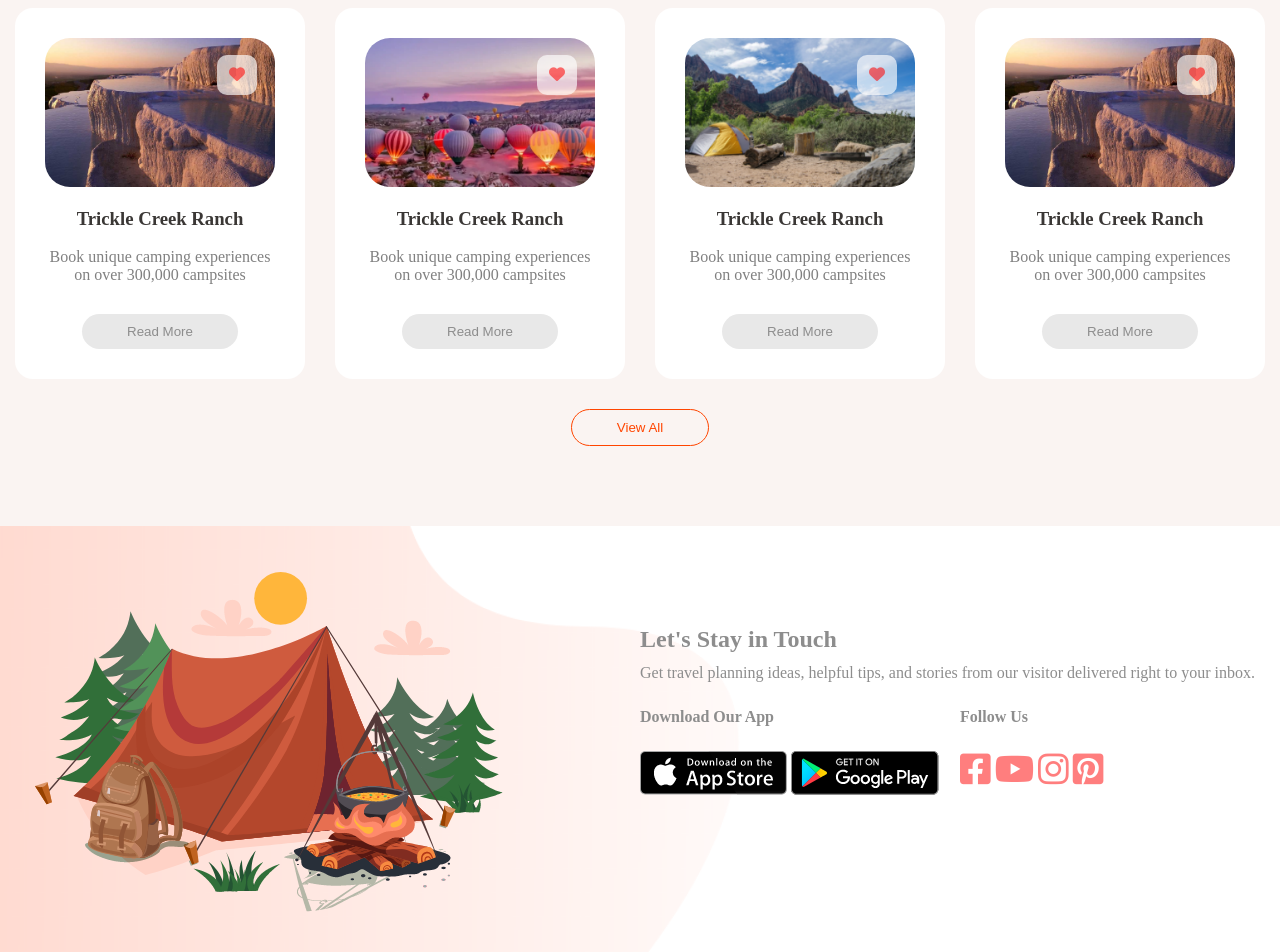
Repository: giahuy405/BC38_Camping_Pham_Gia_Huy
Page: index.html
An editor plug-in stored every save of this project. The page is shown before and after the next save, followed by the edit.
The browser window is 1280 px wide. The pictures show the part of the page from y = 909 to 1861 px (the page is 1861 px tall).

Above is the page before, as saved 2022-09-13 19:43:11.

After the next save:
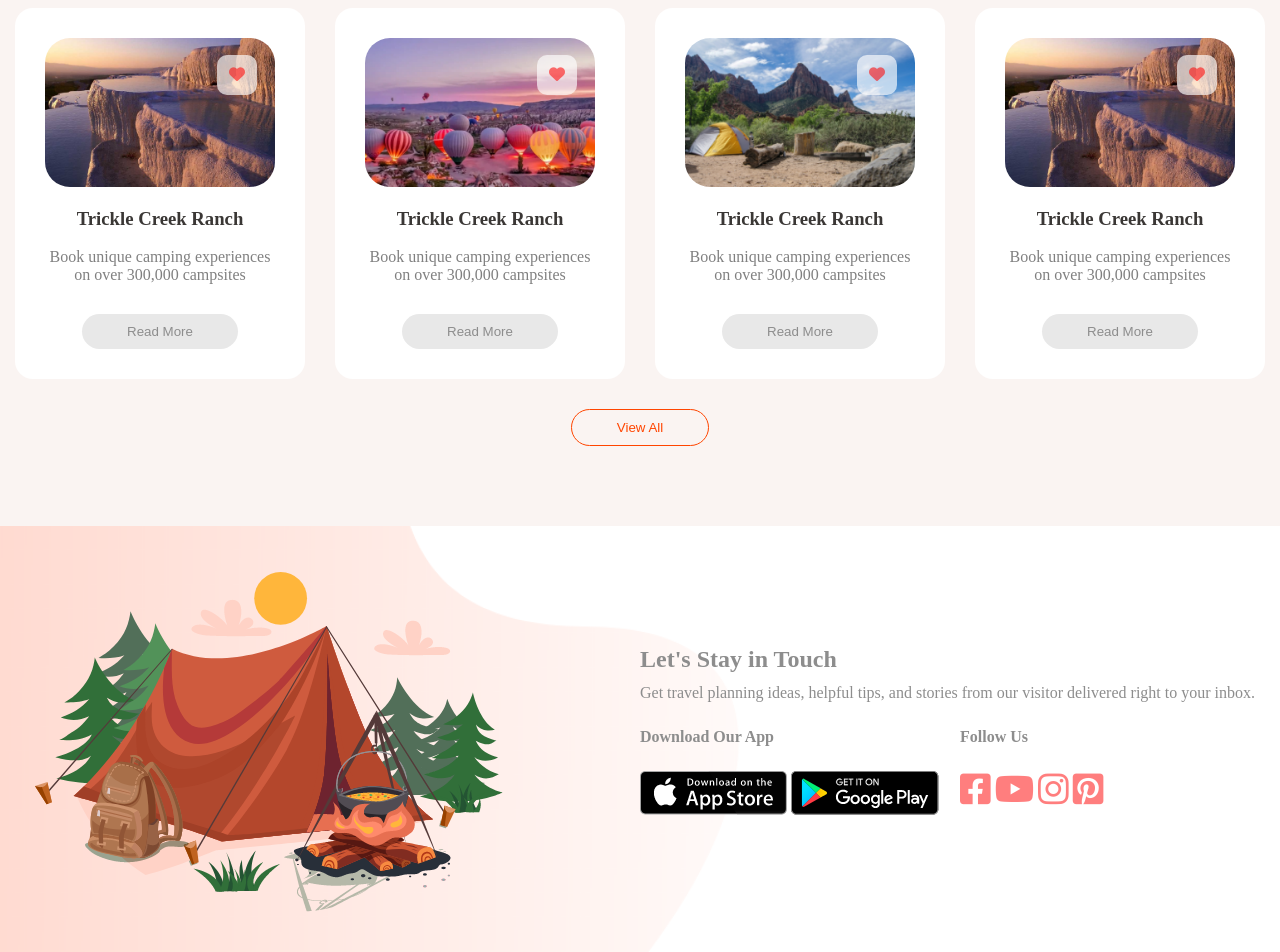
Saved 5 s later.
--- a/css/index.css
+++ b/css/index.css
@@ -125,7 +125,7 @@
     padding: 35px;
 }
 .contact__content{
-    padding-top:100px;
+    padding-top:120px;
 }
 .contact__content{
     color: #8d8d8d;
